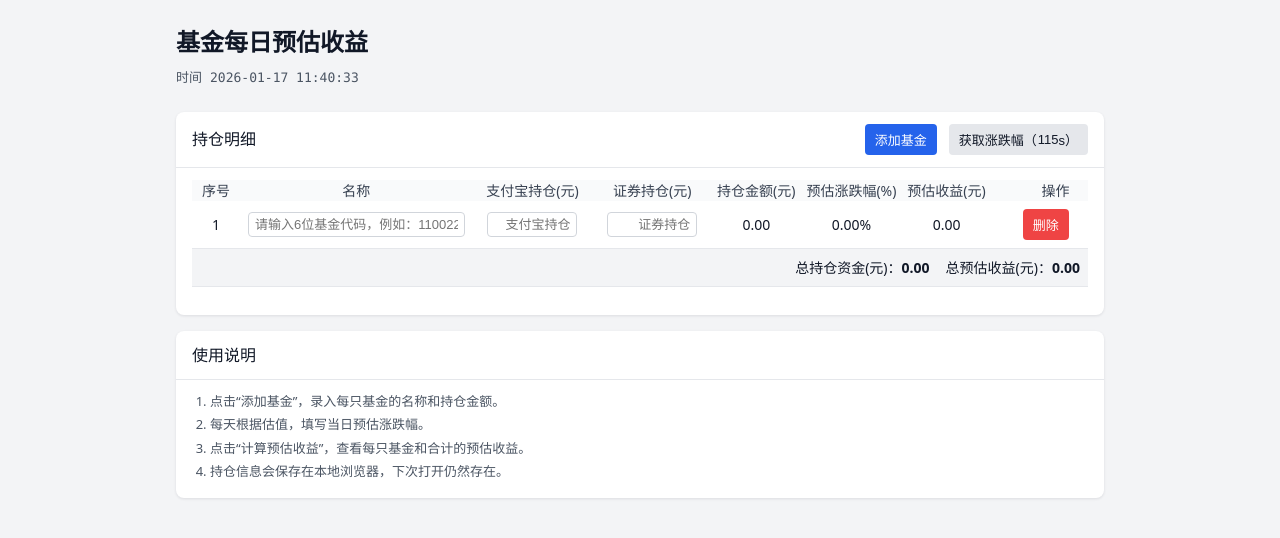
Repository: zt-boom/finance
Page: index.html
These files come from the project's save history. The page is drawn as it stood at one moment and after the next save; the edit follows.
The browser window is 1280 px wide. The pictures show the whole page.

Above is the page before, as saved 2026-01-17 14:37:28.

### index.html
<!DOCTYPE html>
<html lang="zh-CN">
<head>
<meta charset="UTF-8">
<title>基金每日预估收益</title>
<meta name="viewport" content="width=device-width,initial-scale=1">
<link rel="stylesheet" href="./style.css">
</head>
<body>
<div class="app">
<header class="app-header">
<h1>基金每日预估收益</h1>
<div class="date-row">
<span>时间</span>
<span id="current-date"></span>
</div>
</header>
<main class="app-main">
<section class="card">
<div class="card-header">
<h2>持仓明细</h2>
<div class="card-header-actions">
<button id="add-fund-btn" class="primary-button">添加基金</button>
<button id="fetch-percent-btn" class="secondary-button">
获取涨跌幅（<span id="auto-refresh-countdown">120</span>s）
</button>
</div>
</div>
<div class="card-body">
<div class="table-wrapper">
<table class="fund-table">
<thead>
<tr>
<th class="index-col">序号</th>
<th>名称</th>
<th>支付宝持仓(元)</th>
<th>证券持仓(元)</th>
<th>持仓金额(元)</th>
<th>预估涨跌幅(%)</th>
<th>预估收益(元)</th>
<th>操作</th>
</tr>
</thead>
<tbody id="fund-table-body"></tbody>
<tfoot>
<tr class="summary-row">
<td colspan="8">
<div class="summary-items">
<div class="summary-left">
<span>总持仓资金(元)：<strong id="total-amount">0.00</strong></span>
<span>总预估收益(元)：<strong id="total-profit">0.00</strong></span>
</div>
</div>
</td>
</tr>
</tfoot>
</table>
</div>
</div>
</section>
<section class="card">
<div class="card-header">
<h2>使用说明</h2>
</div>
<div class="card-body instructions">
<ol>
<li>点击“添加基金”，录入每只基金的名称和持仓金额。</li>
<li>每天根据估值，填写当日预估涨跌幅。</li>
<li>点击“计算预估收益”，查看每只基金和合计的预估收益。</li>
<li>持仓信息会保存在本地浏览器，下次打开仍然存在。</li>
</ol>
</div>
</section>
</main>
</div>
<script src="./main.js"></script>
</body>
</html>

### style.css
* {
box-sizing: border-box;
margin: 0;
padding: 0;
}

body {
font-family: system-ui, -apple-system, BlinkMacSystemFont, "Segoe UI", sans-serif;
background-color: #f3f4f6;
color: #111827;
line-height: 1.5;
}

.app {
max-width: 960px;
margin: 0 auto;
padding: 24px 16px 40px;
}

.app-header {
display: flex;
flex-direction: column;
gap: 8px;
margin-bottom: 24px;
}

.app-header h1 {
font-size: 24px;
font-weight: 600;
color: #111827;
}

.date-row {
display: flex;
gap: 8px;
align-items: center;
font-size: 13px;
color: #4b5563;
}

.date-row span:last-child {
font-family: ui-monospace, SFMono-Regular, Menlo, Monaco, Consolas, "Liberation Mono", "Courier New", monospace;
font-variant-numeric: tabular-nums;
}

.app-main {
display: flex;
flex-direction: column;
gap: 16px;
}

.card {
background-color: #ffffff;
border-radius: 8px;
box-shadow: 0 1px 3px rgba(15, 23, 42, 0.1);
overflow: hidden;
}

.card-header {
display: flex;
justify-content: space-between;
align-items: center;
padding: 12px 16px;
border-bottom: 1px solid #e5e7eb;
}

.card-header h2 {
font-size: 16px;
font-weight: 500;
}

.card-header-actions {
display: flex;
align-items: center;
gap: 12px;
}

.card-body {
padding: 12px 16px 16px;
}

.table-wrapper {
overflow-x: auto;
margin-bottom: 12px;
}

.fund-table {
width: 100%;
border-collapse: collapse;
font-size: 14px;
}

.fund-table td {
border-bottom: 1px solid #e5e7eb;
padding: 8px;
text-align: left;
}

.fund-table th.index-col,
.fund-table td[data-role="row-index"] {
width: 48px;
text-align: center;
}

.fund-table td:nth-child(3),
.fund-table td:nth-child(4),
.fund-table td:nth-child(5),
.fund-table td:nth-child(6),
.fund-table td:nth-child(7) {
text-align: center;
}

.fund-table thead {
background-color: #f9fafb;
}

.fund-table th {
font-weight: 500;
color: #374151;
text-align: center;
}

.fund-table tbody tr:nth-child(even) {
background-color: #f9fafb;
}

.fund-table input {
width: 100%;
padding: 4px 6px;
font-size: 13px;
border-radius: 4px;
border: 1px solid #d1d5db;
outline: none;
text-align: right;
}

.fund-table input.narrow-number-input {
width: 90px;
margin: 0 auto;
}

.fund-table td:nth-child(2) input {
text-align: left;
}

.fund-table th:nth-child(8),
.fund-table td:nth-child(8) {
padding-left: 32px;
}

.fund-table input[type="number"]::-webkit-outer-spin-button,
.fund-table input[type="number"]::-webkit-inner-spin-button {
-webkit-appearance: none;
margin: 0;
}

.fund-table input[type="number"] {
-moz-appearance: textfield;
}

.fund-table input:focus {
border-color: #2563eb;
box-shadow: 0 0 0 1px rgba(37, 99, 235, 0.2);
}

.value-positive {
color: #ef4444;
}

.value-negative {
color: #10b981;
}

.value-zero {
color: #6b7280;
}

.summary-row td {
font-weight: 600;
color: #111827;
background-color: #f3f4f6;
}

.summary-items {
display: flex;
flex-wrap: wrap;
gap: 4px 16px;
justify-content: flex-end;
align-items: center;
}

#auto-refresh-countdown {
display: inline-block;
width: 3ch;
text-align: right;
}

.summary-items span {
font-weight: 500;
white-space: nowrap;
}

.summary-left {
display: flex;
flex-wrap: wrap;
gap: 4px 16px;
align-items: center;
}

.primary-button,
.secondary-button,
.danger-button {
border-radius: 4px;
border: none;
cursor: pointer;
font-size: 13px;
padding: 6px 10px;
display: inline-flex;
align-items: center;
justify-content: center;
}

.primary-button {
background-color: #2563eb;
color: #ffffff;
}

.primary-button:hover {
background-color: #1d4ed8;
}

.secondary-button {
background-color: #e5e7eb;
color: #111827;
}

.secondary-button:hover {
background-color: #d1d5db;
}

.danger-button {
background-color: #ef4444;
color: #ffffff;
}

.danger-button:hover {
background-color: #dc2626;
}

.actions-row {
display: none;
}

.instructions {
font-size: 13px;
color: #4b5563;
}

.instructions ol {
padding-left: 18px;
display: flex;
flex-direction: column;
gap: 4px;
}

@media (max-width: 640px) {
.app {
padding-inline: 12px;
}
.card-header {
flex-direction: column;
gap: 8px;
align-items: flex-start;
}
}

### main.js
const STORAGE_KEY = "fund_holdings_v1";

function formatCurrency(value) {
if (Number.isNaN(value)) return "0.00";
return value.toFixed(2);
}

function formatNumber(value) {
if (Number.isNaN(value)) return "";
return value.toFixed(2);
}

function getTodayDateString() {
const now = new Date();
const year = String(now.getFullYear());
const month = String(now.getMonth() + 1).padStart(2, "0");
const day = String(now.getDate()).padStart(2, "0");
const hours = String(now.getHours()).padStart(2, "0");
const minutes = String(now.getMinutes()).padStart(2, "0");
const seconds = String(now.getSeconds()).padStart(2, "0");
return `${year}-${month}-${day} ${hours}:${minutes}:${seconds}`;
}

const fundJsonpRequests = [];

function ensureJsonpHandler() {
if (window._fundJsonpInitialized) {
return;
}
window._fundJsonpInitialized = true;
window.jsonpgz = function (data) {
if (!data || !data.fundcode) {
return;
}
const code = data.fundcode;
while (true) {
let index = -1;
for (let i = 0; i < fundJsonpRequests.length; i += 1) {
if (fundJsonpRequests[i].code === code) {
index = i;
break;
}
}
if (index === -1) {
break;
}
const request = fundJsonpRequests.splice(index, 1)[0];
try {
const value = request.transform ? request.transform(data) : data;
request.resolve(value);
} catch (e) {
if (request.reject) {
if (e instanceof Error) {
request.reject(e);
} else {
request.reject(new Error("解析基金数据失败"));
}
}
}
}
};
}

function fetchFundEstimate(code) {
return new Promise((resolve, reject) => {
if (!code) {
reject(new Error("缺少基金代码"));
return;
}
ensureJsonpHandler();
fundJsonpRequests.push({
code,
resolve,
reject,
transform: data => {
const percent = parseFloat(data.gszzl);
if (Number.isNaN(percent)) {
throw new Error("无效的涨跌幅数据");
}
return percent;
}
});
const script = document.createElement("script");
script.src = `https://fundgz.1234567.com.cn/js/${code}.js?rt=${Date.now()}`;
script.onerror = () => {
for (let i = 0; i < fundJsonpRequests.length; i += 1) {
if (fundJsonpRequests[i].code === code) {
const request = fundJsonpRequests.splice(i, 1)[0];
request.reject(new Error("获取基金数据失败"));
break;
}
}
};
document.body.appendChild(script);
});
}

function fetchFundInfo(code) {
return new Promise((resolve, reject) => {
if (!code) {
reject(new Error("缺少基金代码"));
return;
}
ensureJsonpHandler();
fundJsonpRequests.push({
code,
resolve,
reject,
transform: data => data
});
const script = document.createElement("script");
script.src = `https://fundgz.1234567.com.cn/js/${code}.js?rt=${Date.now()}`;
script.onerror = () => {
for (let i = 0; i < fundJsonpRequests.length; i += 1) {
if (fundJsonpRequests[i].code === code) {
const request = fundJsonpRequests.splice(i, 1)[0];
request.reject(new Error("获取基金数据失败"));
break;
}
}
};
document.body.appendChild(script);
});
}

function parseFundCodeFromName(name) {
if (!name) return null;
const match = name.match(/(\d{6})/);
if (!match) {
return null;
}
return match[1];
}

function loadHoldingsFromStorage() {
try {
const raw = window.localStorage.getItem(STORAGE_KEY);
if (!raw) return [];
const parsed = JSON.parse(raw);
if (!Array.isArray(parsed)) return [];
return parsed;
} catch (e) {
return [];
}
}

function saveHoldingsToStorage(holdings) {
try {
const serialized = JSON.stringify(holdings);
window.localStorage.setItem(STORAGE_KEY, serialized);
} catch (e) {
}
}

function createTableRow(fund) {
const tr = document.createElement("tr");
const indexTd = document.createElement("td");
const nameTd = document.createElement("td");
const zfbAmountTd = document.createElement("td");
const stockAmountTd = document.createElement("td");
const amountTd = document.createElement("td");
const percentTd = document.createElement("td");
const profitTd = document.createElement("td");
const actionsTd = document.createElement("td");
const nameInput = document.createElement("input");
nameInput.type = "text";
nameInput.value = fund.name || "";
nameInput.placeholder = "请输入6位基金代码，例如：110022";
nameInput.addEventListener("change", handleStorageUpdate);
nameInput.addEventListener("keydown", event => {
if (event.key === "Enter") {
event.preventDefault();
const raw = nameInput.value.trim();
const code = parseFundCodeFromName(raw);
if (!code) {
window.alert("请先输入6位基金代码");
return;
}
const rows = document.querySelectorAll('tr[data-role="fund-row"]');
let duplicate = false;
rows.forEach(row => {
const inputs = row.querySelectorAll("input");
const otherNameInput = inputs[0];
if (!otherNameInput || otherNameInput === nameInput) {
return;
}
const otherCode = parseFundCodeFromName(otherNameInput.value.trim());
if (otherCode && otherCode === code) {
duplicate = true;
}
});
if (duplicate) {
window.alert("该基金代码已存在，请不要重复添加");
return;
}
nameInput.disabled = true;
fetchFundInfo(code).then(data => {
nameInput.disabled = false;
if (!data || !data.name) {
window.alert("未能获取基金名称，请检查基金代码");
return;
}
nameInput.value = `${code}  ${data.name}`;
handleStorageUpdate();
}).catch(() => {
nameInput.disabled = false;
window.alert("未能获取基金名称，请检查基金代码或网络连接");
});
}
});
const zfbInput = document.createElement("input");
zfbInput.type = "number";
zfbInput.step = "0.01";
zfbInput.min = "0";
zfbInput.value = fund.zfbAmount != null ? String(fund.zfbAmount) : "";
zfbInput.placeholder = "支付宝持仓";
zfbInput.addEventListener("change", handleStorageUpdate);
zfbInput.className = "narrow-number-input";
const stockInput = document.createElement("input");
stockInput.type = "number";
stockInput.step = "0.01";
stockInput.min = "0";
stockInput.value = fund.stockAmount != null ? String(fund.stockAmount) : "";
stockInput.placeholder = "证券持仓";
stockInput.addEventListener("change", handleStorageUpdate);
stockInput.className = "narrow-number-input";
const amountSpan = document.createElement("span");
amountSpan.dataset.role = "amount-display";
amountSpan.textContent = "0.00";
const percentSpan = document.createElement("span");
percentSpan.textContent = "0.00%";
const profitSpan = document.createElement("span");
profitSpan.textContent = "0.00";
const deleteButton = document.createElement("button");
deleteButton.textContent = "删除";
deleteButton.className = "danger-button";
deleteButton.addEventListener("click", () => {
const inputs = tr.querySelectorAll("input");
const nameValue = inputs[0] ? inputs[0].value.trim() : "";
const zfbValue = inputs[1] ? inputs[1].value.trim() : "";
const stockValue = inputs[2] ? inputs[2].value.trim() : "";
const isEmptyRow = !nameValue && !zfbValue && !stockValue;
if (!isEmptyRow) {
const confirmed = window.confirm("确定要删除这条持仓记录吗？");
if (!confirmed) {
return;
}
}
tr.remove();
handleStorageUpdate();
calculateProfit();
updateRowIndices();
});
indexTd.dataset.role = "row-index";
percentTd.dataset.role = "percent-cell";
profitTd.dataset.role = "profit-cell";
nameTd.appendChild(nameInput);
zfbAmountTd.appendChild(zfbInput);
stockAmountTd.appendChild(stockInput);
amountTd.appendChild(amountSpan);
percentTd.appendChild(percentSpan);
profitTd.appendChild(profitSpan);
actionsTd.appendChild(deleteButton);
tr.appendChild(indexTd);
tr.appendChild(nameTd);
tr.appendChild(zfbAmountTd);
tr.appendChild(stockAmountTd);
tr.appendChild(amountTd);
tr.appendChild(percentTd);
tr.appendChild(profitTd);
tr.appendChild(actionsTd);
tr.dataset.role = "fund-row";
return tr;
}

function readHoldingsFromTable() {
const rows = document.querySelectorAll('tr[data-role="fund-row"]');
const holdings = [];
rows.forEach(row => {
const inputs = row.querySelectorAll("input");
const nameInput = inputs[0];
const zfbInput = inputs[1];
const stockInput = inputs[2];
const name = nameInput.value.trim();
const zfbAmount = parseFloat(zfbInput.value);
const stockAmount = parseFloat(stockInput.value);
const hasZfb = !Number.isNaN(zfbAmount) && zfbAmount > 0;
const hasStock = !Number.isNaN(stockAmount) && stockAmount > 0;
if (!name && !hasZfb && !hasStock) {
return;
}
holdings.push({
name,
zfbAmount: hasZfb ? zfbAmount : 0,
stockAmount: hasStock ? stockAmount : 0
});
});
return holdings;
}

function handleStorageUpdate() {
const holdings = readHoldingsFromTable();
saveHoldingsToStorage(holdings);
}

function populateTableFromStorage() {
const tbody = document.getElementById("fund-table-body");
tbody.innerHTML = "";
const holdings = loadHoldingsFromStorage();
if (holdings.length === 0) {
const row = createTableRow({ name: "", zfbAmount: null, stockAmount: null });
tbody.appendChild(row);
updateRowIndices();
return;
}
holdings.forEach(fund => {
const row = createTableRow({
name: fund.name || "",
zfbAmount: fund.zfbAmount != null ? fund.zfbAmount : null,
stockAmount: fund.stockAmount != null ? fund.stockAmount : null
});
tbody.appendChild(row);
});
updateRowIndices();
}

function calculateProfit() {
const rows = document.querySelectorAll('tr[data-role="fund-row"]');
let totalProfit = 0;
let totalHoldingAmount = 0;
let activeAmount = 0;
rows.forEach(row => {
const inputs = row.querySelectorAll("input");
const amountInput = inputs[1];
const amount = parseFloat(amountInput.value);
const percentCell = row.querySelector('td[data-role="percent-cell"] span');
const percent = percentCell ? parseFloat(percentCell.textContent) : NaN;
const profitCell = row.querySelector('td[data-role="profit-cell"] span');
if (!Number.isNaN(amount)) {
totalHoldingAmount += amount;
}
if (Number.isNaN(amount) || Number.isNaN(percent)) {
profitCell.textContent = "0.00";
applyProfitColor(profitCell, 0);
return;
}
const profit = amount * percent / 100;
totalProfit += profit;
activeAmount += amount;
profitCell.textContent = formatCurrency(profit);
applyProfitColor(profitCell, profit);
});
const totalAmountElement = document.getElementById("total-amount");
const totalPercentElement = document.getElementById("total-percent");
if (totalAmountElement) {
totalAmountElement.textContent = formatCurrency(totalHoldingAmount);
}
if (totalPercentElement) {
const totalPercent = activeAmount > 0 ? (totalProfit / activeAmount) * 100 : 0;
totalPercentElement.textContent = formatCurrency(totalPercent);
}
const totalProfitElement = document.getElementById("total-profit");
totalProfitElement.textContent = formatCurrency(totalProfit);
applyProfitColor(totalProfitElement, totalProfit);
}

function autoFetchPercentages(options) {
const useButton = !options || options.useButton !== false;
const showAlert = !options || options.showAlert !== false;
const rows = document.querySelectorAll('tr[data-role="fund-row"]');
const promises = [];
rows.forEach(row => {
const inputs = row.querySelectorAll("input");
const nameInput = inputs[0];
const name = nameInput ? nameInput.value.trim() : "";
const code = parseFundCodeFromName(name);
if (!code) {
return;
}
const percentCell = row.querySelector('td[data-role="percent-cell"] span');
if (!percentCell) {
return;
}
const promise = fetchFundEstimate(code).then(percent => {
const value = formatNumber(percent);
percentCell.textContent = `${value}%`;
return true;
}).catch(() => false);
promises.push(promise);
});
if (promises.length === 0) {
if (showAlert) {
window.alert("请先在名称中输入包含6位基金代码的内容");
}
return;
}
const fetchButton = useButton ? document.getElementById("fetch-percent-btn") : null;
if (fetchButton) {
fetchButton.disabled = true;
}
Promise.all(promises).then(results => {
const successCount = results.filter(Boolean).length;
if (fetchButton) {
fetchButton.disabled = false;
}
if (successCount === 0) {
if (showAlert) {
window.alert("未能获取任何基金的预估涨跌幅，请检查基金代码或网络连接");
}
return;
}
calculateProfit();
});
}

function applyProfitColor(element, value) {
if (!element) {
return;
}
element.classList.remove("value-positive", "value-negative", "value-zero");
if (Number.isNaN(value)) {
return;
}
if (value > 0) {
element.classList.add("value-positive");
} else if (value < 0) {
element.classList.add("value-negative");
} else {
element.classList.add("value-zero");
}
}

function initApp() {
const dateElement = document.getElementById("current-date");
if (dateElement) {
dateElement.textContent = getTodayDateString();
}
populateTableFromStorage();
const addFundButton = document.getElementById("add-fund-btn");
const fetchPercentButton = document.getElementById("fetch-percent-btn");
const countdownElement = document.getElementById("auto-refresh-countdown");
const autoRefreshSeconds = 120;
let remainingSeconds = autoRefreshSeconds;
function updateCountdown() {
if (countdownElement) {
countdownElement.textContent = String(remainingSeconds);
}
}
function resetCountdown() {
remainingSeconds = autoRefreshSeconds;
updateCountdown();
}
updateCountdown();
if (addFundButton) {
addFundButton.addEventListener("click", () => {
const tbody = document.getElementById("fund-table-body");
const row = createTableRow({ name: "", amount: null });
tbody.appendChild(row);
updateRowIndices();
});
}
if (fetchPercentButton) {
fetchPercentButton.addEventListener("click", () => {
autoFetchPercentages({ useButton: true, showAlert: true });
resetCountdown();
});
}
if (dateElement) {
setInterval(() => {
dateElement.textContent = getTodayDateString();
}, 1000);
}
setInterval(() => {
remainingSeconds -= 1;
if (remainingSeconds <= 0) {
autoFetchPercentages({ useButton: false, showAlert: false });
remainingSeconds = autoRefreshSeconds;
}
updateCountdown();
}, 1000);
}

function updateRowIndices() {
const rows = document.querySelectorAll('tr[data-role="fund-row"]');
rows.forEach((row, index) => {
const indexCell = row.querySelector('td[data-role="row-index"]');
if (indexCell) {
indexCell.textContent = String(index + 1);
}
});
}

if (document.readyState === "loading") {
document.addEventListener("DOMContentLoaded", initApp);
} else {
initApp();
}

After the next save:
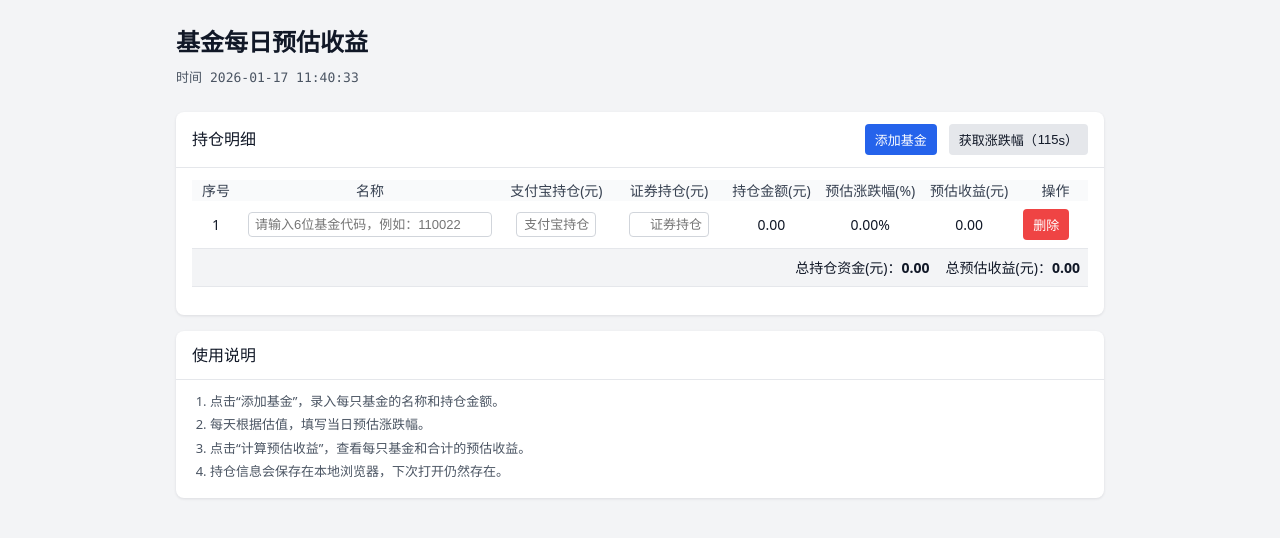
Saved 3 min 59 s later.
--- a/style.css
+++ b/style.css
@@ -108,6 +108,7 @@ text-align: center;
 .fund-table td:nth-child(6),
 .fund-table td:nth-child(7) {
 text-align: center;
+white-space: nowrap;
 }
 
 .fund-table thead {
@@ -135,7 +136,7 @@ text-align: right;
 }
 
 .fund-table input.narrow-number-input {
-width: 90px;
+width: 80px;
 margin: 0 auto;
 }
 
@@ -143,9 +144,14 @@ margin: 0 auto;
 text-align: left;
 }
 
+.fund-table th:nth-child(2),
+.fund-table td:nth-child(2) {
+width: 260px;
+}
+
 .fund-table th:nth-child(8),
 .fund-table td:nth-child(8) {
-padding-left: 32px;
+padding-left: 8px;
 }
 
 .fund-table input[type="number"]::-webkit-outer-spin-button,
